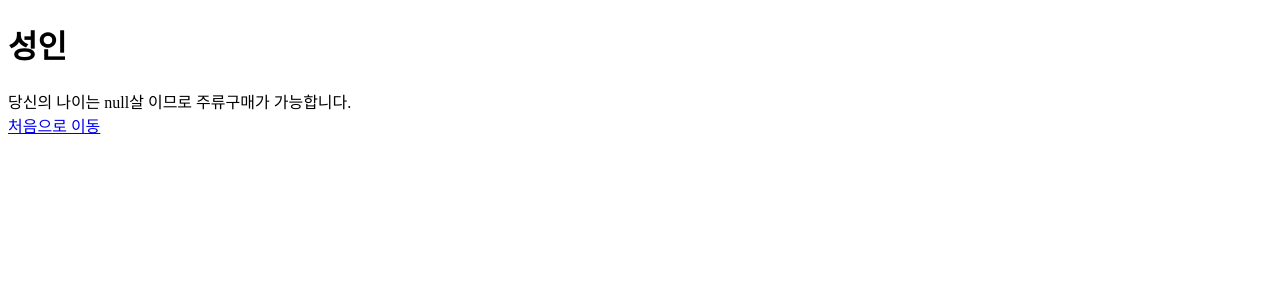
Repository: tjdwlsaos22/TJ_JSP
Page: http://localhost/JSP/responseAge_07.jsp
An editor plug-in stored every save of this project. The page is shown before and after the next save, followed by the edit.
The browser window is 1280 px wide. The pictures show the whole page.
The page is served by Tomcat 9.

Above is the page before, as saved 2024-01-19 01:42:16.

After the next save:
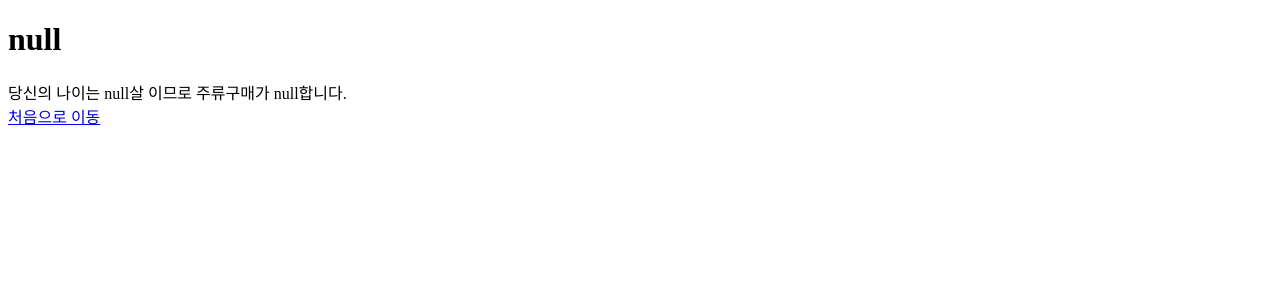
Saved 88 s later.
--- a/jsp/JSP/src/main/webapp/responseAge_07.jsp
+++ b/jsp/JSP/src/main/webapp/responseAge_07.jsp
@@ -9,12 +9,12 @@
 <body>
 <%
 	String age=request.getParameter("age");
-
-
+	String title=request.getParameter("title");
+	String result= request.getParameter("result");
 %>
 
-<h1>성인</h1>
-당신의 나이는 <%=age %>살 이므로 주류구매가 가능합니다. <br>
+<h1><%=title %></h1>
+당신의 나이는 <%=age %>살 이므로 주류구매가 <%=result %>합니다. <br>
 <a href="age.jsp">처음으로 이동</a>
 
 </body>
